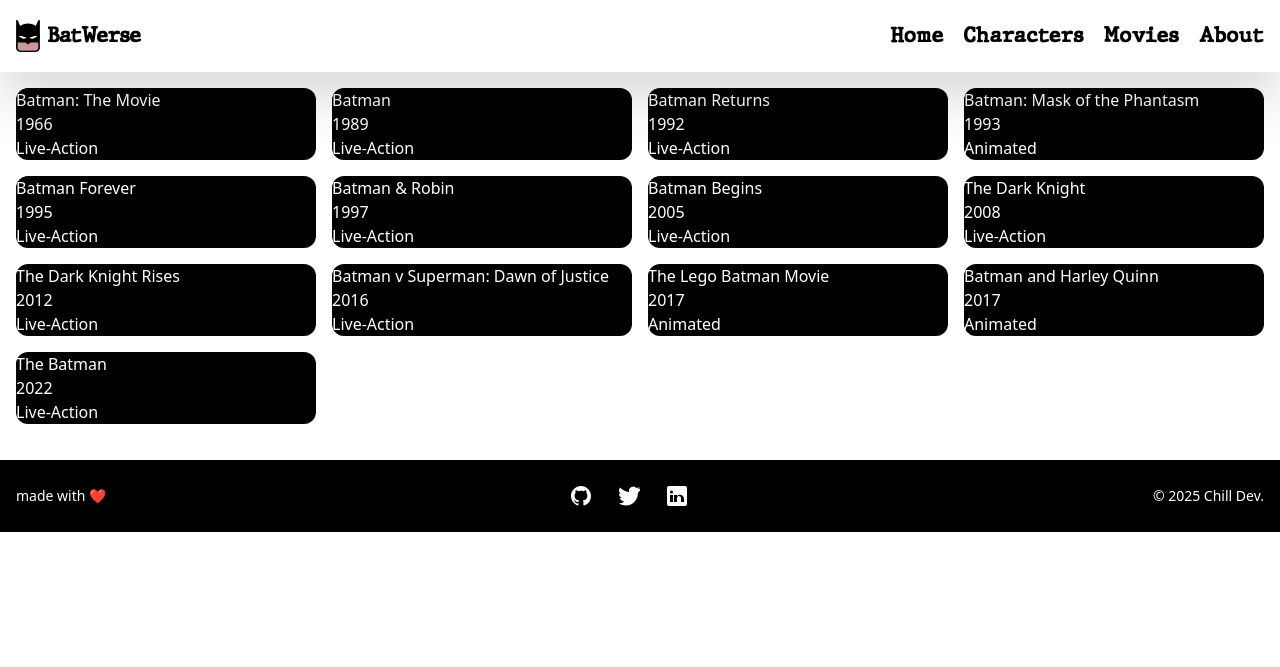
Repository: pgyunknown/project_Batman
Page: /Movies
These files come from the project's save history. The page is drawn as it stood at one moment and after the next save; the edit follows.
The browser window is 1280 px wide. The pictures show the whole page.
Some web fonts or font styles are not loaded; a fallback is used. The project was rebuilt for these pictures with package versions that can differ from the ones it lists, and the page was loaded fresh each time. Also part of the build but not shown: vite.config.js, src/pages/Home.jsx, src/pages/Characters.jsx, src/pages/About.jsx.

Above is the page before, as saved 2025-03-17 22:08:20.

### src/main.jsx
import { StrictMode } from 'react'
import { createRoot } from 'react-dom/client'
import './index.css'
import App from './App.jsx'
import { BrowserRouter } from 'react-router-dom'
import MoviesDataProvider from './data/MoviesContextData.jsx'

createRoot(document.getElementById('root')).render(
  <BrowserRouter>
    <MoviesDataProvider>
      <App></App>
    </MoviesDataProvider>
  </BrowserRouter>
)

### src/index.css
@import url('https://fonts.googleapis.com/css2?family=Montaga&family=Titillium+Web:ital,wght@0,200;0,300;0,400;0,600;0,700;0,900;1,200;1,300;1,400;1,600;1,700&display=swap');

@font-face {
    font-family: "Batman";
    src: url("src/fonts/JMH Typewriter-Black.otf") format("opentype");
}

@font-face {
    font-family: "Rushford";
    src: url("src/fonts/Rushford Printed.otf") format("opentype");
}

@font-face {
    font-family: "Personal";
    src: url("src/fonts/Personal Services.ttf") format("truetype");
}



@import "tailwindcss";

@theme{
  --font-batmanFont: "Batman", sans-serif;
  --font-web: Titillium Web, "sans-serif";
  --font-doto: Doto, sans-serif;
  --font-rushford : Rushford,"sans-serif";
  --font-personal : Personal,"sans-serif"
}

### src/App.jsx
import { Route, Routes } from "react-router-dom";
import Header from "./components/Header";
import Home from "./pages/Home";
import Characters from "./pages/Characters";
import Movies from "./pages/Movies";
import About from "./pages/About";
import Footer from "./components/Footer";


const App = () => {
  return (
    <>
      <Header></Header>
      <Routes>
        <Route path="/" element={<Home/>}></Route>
        <Route path="/Characters" element={<Characters/>}></Route>
        <Route path="/Movies" element={<Movies />}></Route>
        <Route path="/About" element={<About />}></Route>
      </Routes>
      <Footer></Footer>
    </>
  );
}

export default App

### src/data/MoviesContextData.jsx
import React from 'react'
import { createContext } from 'react';
import App from '../App';

  export const MovieDataContext = createContext();

const MoviesDataProvider = ({ children }) => {
  const movies=  [
    {
      "title": "Batman: The Movie",
      "year": 1966,
      "director": "Leslie H. Martinson",
      "type": "Live-Action",
      "poster": "https://m.media-amazon.com/images/I/81Gf3bF9ZPL._AC_SY679_.jpg",
      "rating": 6.5
    },
    {
      "title": "Batman",
      "year": 1989,
      "director": "Tim Burton",
      "type": "Live-Action",
      "poster": "https://m.media-amazon.com/images/I/51O5Z2j4QSL._AC_.jpg",
      "rating": 7.5
    },
    {
      "title": "Batman Returns",
      "year": 1992,
      "director": "Tim Burton",
      "type": "Live-Action",
      "poster": "https://m.media-amazon.com/images/I/51N2X3Q2GEL._AC_.jpg",
      "rating": 7.1
    },
    {
      "title": "Batman: Mask of the Phantasm",
      "year": 1993,
      "director": "Eric Radomski, Bruce Timm",
      "type": "Animated",
      "poster": "https://m.media-amazon.com/images/I/51Qvs9i5a%2BL._AC_.jpg",
      "rating": 7.8
    },
    {
      "title": "Batman Forever",
      "year": 1995,
      "director": "Joel Schumacher",
      "type": "Live-Action",
      "poster": "https://m.media-amazon.com/images/I/51K8ouYrHeL._AC_.jpg",
      "rating": 5.4
    },
    {
      "title": "Batman & Robin",
      "year": 1997,
      "director": "Joel Schumacher",
      "type": "Live-Action",
      "poster": "https://m.media-amazon.com/images/I/51K8ouYrHeL._AC_.jpg",
      "rating": 3.7
    },
    {
      "title": "Batman Begins",
      "year": 2005,
      "director": "Christopher Nolan",
      "type": "Live-Action",
      "poster": "https://m.media-amazon.com/images/I/51k0qaipXlL._AC_.jpg",
      "rating": 8.2
    },
    {
      "title": "The Dark Knight",
      "year": 2008,
      "director": "Christopher Nolan",
      "type": "Live-Action",
      "poster": "https://m.media-amazon.com/images/I/51k0qaipXlL._AC_.jpg",
      "rating": 9.0
    },
    {
      "title": "The Dark Knight Rises",
      "year": 2012,
      "director": "Christopher Nolan",
      "type": "Live-Action",
      "poster": "https://m.media-amazon.com/images/I/51k0qaipXlL._AC_.jpg",
      "rating": 8.4
    },
    {
      "title": "Batman v Superman: Dawn of Justice",
      "year": 2016,
      "director": "Zack Snyder",
      "type": "Live-Action",
      "poster": "https://m.media-amazon.com/images/I/51k0qaipXlL._AC_.jpg",
      "rating": 6.4
    },
    {
      "title": "The Lego Batman Movie",
      "year": 2017,
      "director": "Chris McKay",
      "type": "Animated",
      "poster": "https://m.media-amazon.com/images/I/51k0qaipXlL._AC_.jpg",
      "rating": 7.3
    },
    {
      "title": "Batman and Harley Quinn",
      "year": 2017,
      "director": "Sam Liu",
      "type": "Animated",
      "poster": "https://m.media-amazon.com/images/I/51k0qaipXlL._AC_.jpg",
      "rating": 5.9
    },
    {
      "title": "The Batman",
      "year": 2022,
      "director": "Matt Reeves",
      "type": "Live-Action",
      "poster": "https://m.media-amazon.com/images/I/51k0qaipXlL._AC_.jpg",
      "rating": 7.9
    }
  ]

  return (
    <MovieDataContext.Provider value={{ movies }}>
      {children}
  </MovieDataContext.Provider>
  )
}



export default MoviesDataProvider

### src/components/Header.jsx
  // import React from 'react'
  // import { useState } from 'react'

  // const Header = () => {
  //   const [mobileOpen, setMobileOpen] = useState(false)

  //   const toggleButton = () => {
  //     setMobileOpen(!mobileOpen);
  //   }
  //   return (
  //     <>
  //       <nav className='sticky z-50 top-0 py-5  drop-shadow-2xl'>
  //         <div className='container px-4 mx-auto relative text-sm'>
  //           <div className='flex justify-center items-center '>
  //             <div className='flex items-center flex-shrink-0'>
  //               <img className='h-8 w-6 mr-2' src='/BatLogo.png' />
  //               <span className='text-xl tracking-tight'>BatWerse</span>
  //             </div>
  //             <ul className='hidden lg:flex md:flex ml-5 space-x-5'>
  //               <li>Home</li>
  //               <li>Chart</li>
  //               <li>Movies</li>
  //               <li>About</li>
  //             </ul>
  //             <div className='lg:hidden md:hidden sm:order-3'>
  //             <button onClick={toggleButton}>
  //               {mobileOpen ? (
  //                 <img src='/batOpen.png' alt='Open Icon' className='w-6 h-6' />
  //               ) : (
  //                 <img src='/batClose.png' alt='Close Icon' className='w-6 h-6' />
  //               )}
  //             </button>
  //           </div>
  //           </div>
  //         </div>
  //       </nav>
  //     </>
  //   )
  // }

  // export default Header

  import React, { useState } from 'react';
import { Link } from 'react-router-dom';

  const Header = () => {
    const [mobileOpen, setMobileOpen] = useState(false);

    const toggleButton = () => {
      setMobileOpen(!mobileOpen);
    };
    const closeMenu=()=>setMobileOpen(false);
    return (
      <nav className=' z-50 top-0 py-5 drop-shadow-2xl bg-white '>
        <div className='container px-4 mx-auto relative text-sm'>
          <div className='flex justify-between items-center'>
            <div className='flex items-center flex-shrink-0 '>
              <Link to={'/'}><img className='h-8 w-6 mr-2' src='/batMan.png' alt='Logo' /></Link>
              <span className='sm:text-xl text-lg tracking-tight font-batmanFont'>BatWerse</span>
            </div>

            <ul className='hidden lg:flex md:flex  space-x-5 text-xl font-batmanFont'>
              <li><Link to='/'>Home</Link></li>
              <li><Link to='/Characters'>Characters</Link></li>
              <li><Link to='/Movies'>Movies</Link></li>
              <li><Link to='/About'>About</Link></li>
            </ul>

            <div className='lg:hidden md:hidden'>
              <button onClick={toggleButton} className="object-cover ">
                {mobileOpen ? (
                  <img src='/batOpen.png'  alt='Open Icon' className='h-12 w-8' />
                ) : (
                  <img src='/batClose.png' alt='Close Icon' className='h-8 w-8 ' />
                )}
              </button>
            </div>
          </div>
            {mobileOpen && (
            <div className='fixed right-0 z-100 bg-black lg:hidden md:hidden flex justify-center items-center w-full p-2  '>
              <ul className='flex flex-col text-white  space-y-2 tracking-widest font-thin font-batmanFont'>
              <li><Link to='/' onClick={closeMenu}>Home</Link></li>
              <li><Link to='/Characters' onClick={closeMenu}>Characters</Link></li>
              <li><Link to='/Movies' onClick={closeMenu}>Movies</Link></li>
              <li><Link to='/About' onClick={closeMenu}>About</Link></li>
              </ul>
            </div>
          )}
        </div>

      </nav>
    );
  };

  export default Header;

### src/pages/Movies.jsx
import React from 'react'
import { MovieDataContext } from '../data/MoviesContextData';
import { useContext } from 'react';

const Movies = () => {
const { movies } = useContext(MovieDataContext);

  return (
    <div className="grid grid-cols-2 md:grid-cols-3 lg:grid-cols-4 gap-4 p-4 text-white">
      {movies.map((i, n)=>(
        <div key={n} className='bg-black rounded-xl '>
          <h1>{i.title}</h1>
          <p>{i.year}</p>
          <p>{i.type}</p>
        </div>
      ))}
  </div>
  );
}

export default Movies

### src/components/Footer.jsx
import React from 'react'

const Footer = () => {
  return (
  <footer className="bg-black text-white py-6 md:mt-5 m-0">
  <div className="container mx-auto flex flex-col md:flex-row items-center justify-between px-4">
    <p className="mb-3 md:m-0 text-xs md:text-sm">made with ❤️</p>
    <div className="flex space-x-6">


      <a href="https://github.com/pgyunknown" target="_blank" className="hover:text-gray-400">
        <svg className="w-6 h-6" fill="currentColor" viewBox="0 0 24 24">
          <path d="M12 2C6.48 2 2 6.48 2 12c0 4.42 2.87 8.18 6.84 9.5.5.09.66-.22.66-.48v-1.7c-2.78.6-3.37-1.34-3.37-1.34-.45-1.16-1.1-1.47-1.1-1.47-.9-.62.07-.61.07-.61 1 .07 1.52 1.04 1.52 1.04.89 1.52 2.34 1.08 2.91.83.09-.64.35-1.08.63-1.33-2.22-.25-4.56-1.11-4.56-4.93 0-1.09.39-1.98 1.02-2.67-.1-.25-.44-1.27.1-2.65 0 0 .84-.27 2.75 1.02a9.43 9.43 0 012.5-.34c.85 0 1.71.11 2.5.34 1.91-1.29 2.75-1.02 2.75-1.02.54 1.38.2 2.4.1 2.65.64.69 1.02 1.58 1.02 2.67 0 3.84-2.34 4.68-4.57 4.93.36.31.68.91.68 1.84v2.73c0 .27.16.58.67.48A10.003 10.003 0 0022 12c0-5.52-4.48-10-10-10z"/>
        </svg>
      </a>


      <a href="https://x.com/cody_hunk?t=EkARfGCWhhBT_BHbby4DGw&s=08" target="_blank" className="hover:text-white">
        <svg className="w-6 h-6" fill="currentColor" viewBox="0 0 24 24">
          <path d="M23 4.5c-.8.4-1.6.7-2.5.8a4.4 4.4 0 001.9-2.4c-.9.5-1.8.9-2.8 1.1a4.4 4.4 0 00-7.5 4c-3.6-.2-6.8-1.9-8.9-4.4A4.3 4.3 0 002 6.6c0 1.5.8 2.9 2 3.6a4.3 4.3 0 01-2-.6v.1c0 2.1 1.4 3.8 3.2 4.2-.4.1-.9.2-1.4.2-.3 0-.7 0-1-.1.7 2 2.5 3.5 4.7 3.5A8.9 8.9 0 012 19.5a12.3 12.3 0 006.6 2c7.9 0 12.3-6.6 12.3-12.3v-.5c.9-.7 1.6-1.5 2.2-2.5z"/>
        </svg>
      </a>

      <a href="https://www.linkedin.com/in/p-gokul-yadav-82548a295?utm_source=share&utm_campaign=share_via&utm_content=profile&utm_medium=android_app" target="_blank" className="hover:text-blue-700">
        <svg className="w-6 h-6" fill="currentColor" viewBox="0 0 24 24">
          <path d="M20 2H4a2 2 0 00-2 2v16a2 2 0 002 2h16a2 2 0 002-2V4a2 2 0 00-2-2zM8 18H5v-7h3v7zM6.5 9.5a1.5 1.5 0 110-3 1.5 1.5 0 010 3zM19 18h-3v-4c0-1.1-.9-2-2-2s-2 .9-2 2v4h-3v-7h3v1a4 4 0 013-1.2c2.2 0 4 1.8 4 4v3z"/>
        </svg>
      </a>
    </div>
    <p className="mt-3 md:m-0 text-xs md:text-sm">&copy; 2025 Chill Dev.</p>
  </div>
</footer>

  )
}

export default Footer

Loaded but not shown: index.html (common file)

After the next save:
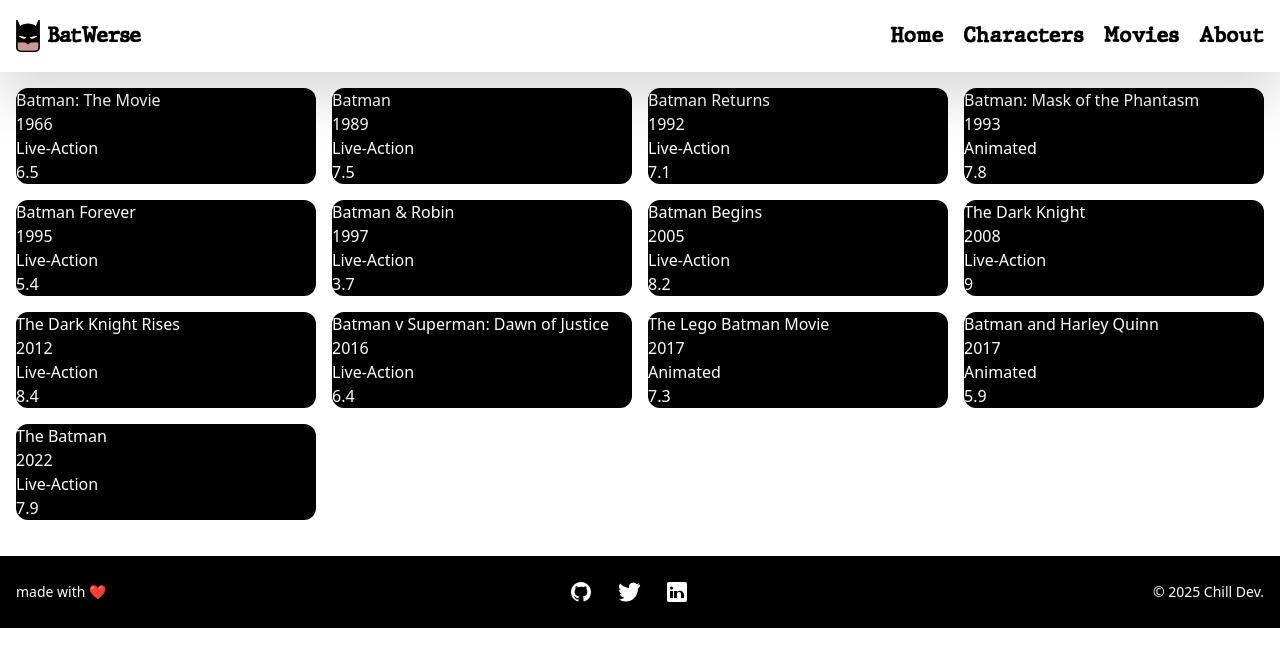
Saved 24 s later.
--- a/src/pages/Movies.jsx
+++ b/src/pages/Movies.jsx
@@ -12,6 +12,7 @@
           <h1>{i.title}</h1>
           <p>{i.year}</p>
           <p>{i.type}</p>
+          <p>{i.rating}</p>
         </div>
       ))}
   </div>
